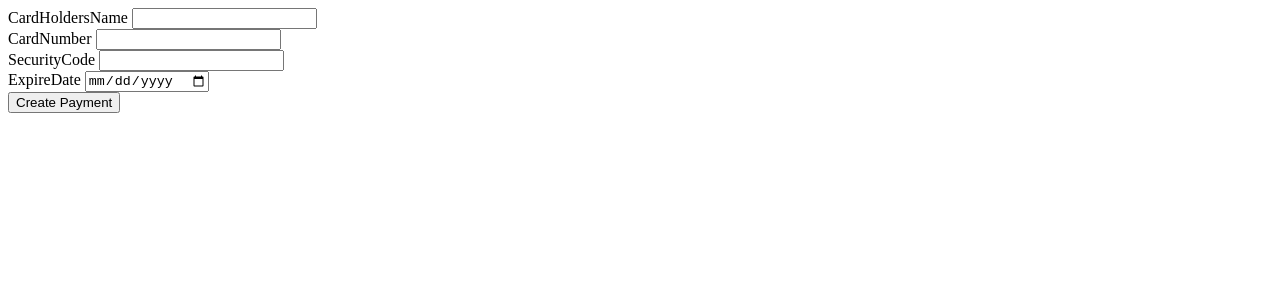
Repository: sandeepa9803/OOP---Online-Travel-web-application
Page: http://localhost/PaymentNew/PaymentInsert.jsp
The author's editor kept a copy of each file at every save. The page is drawn from the files as they stood at one save, then again after the next save.
The browser window is 1280 px wide. The pictures show the whole page.
The page is served by Tomcat 9.

Above is the page before, as saved 2021-10-10 04:05:37.

After the next save:
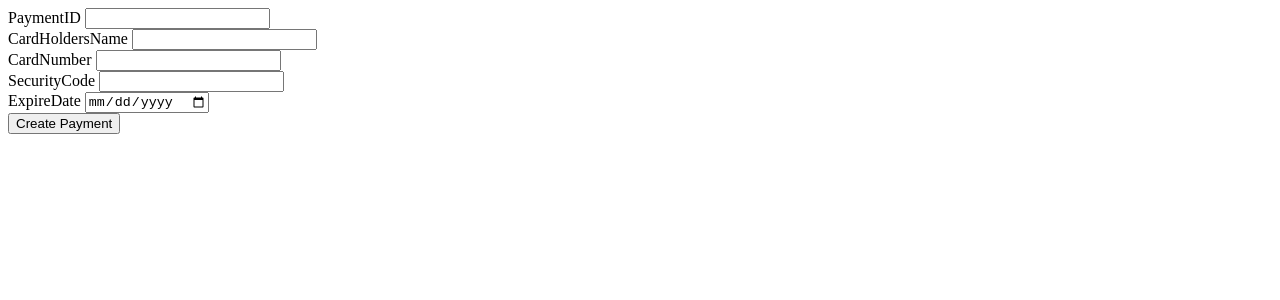
Saved 45 s later.
--- a/PaymentNew/WebContent/PaymentInsert.jsp
+++ b/PaymentNew/WebContent/PaymentInsert.jsp
@@ -9,7 +9,7 @@
 <body>
 
     <form action="insert" method ="post">
-
+         PaymentID <input type = "number" name = "paymentid"><br>
          CardHoldersName <input type = "text" name = "cardholder"><br>
          CardNumber <input type ="number" name = "cardnum"> <br>
          SecurityCode <input type ="number" name = "cvcnum"> <br>
